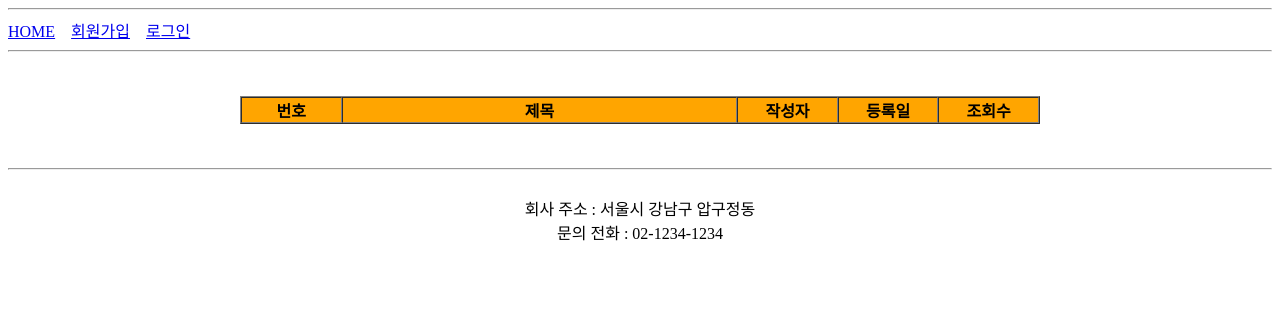
Repository: serim53/JSPStudy
Page: http://localhost/BoardWeb_JSP_/WEB-INF/board/getBoardList.jsp
These files come from the project's save history. The page is drawn as it stood at one moment and after the next save; the edit follows.
The browser window is 1280 px wide. The pictures show the whole page.
The page is served by Tomcat 10. Nobody is signed in. Other server files are loaded and not shown. The template is opened directly, without the code that normally fills it, so the values that code supplies are empty.

Above is the page before, as saved 2025-07-10 04:57:33.

### BoardWeb(JSP)/src/main/webapp/WEB-INF/board/getBoardList.jsp
<%@page import="java.util.List"%>
<%@page import="com.multicampus.biz.board.BoardDAO"%>
<%@page import="com.multicampus.biz.board.BoardVO"%>
<%@page contentType="text/html; charset=UTF-8"%>

<%@include file="../layout/header.jsp" %>

<%
	// 1. DB 연동 처리
	BoardVO vo = new BoardVO();
	vo.setCondition("title");
	vo.setKeyword("");

	BoardDAO dao = new BoardDAO();
	List<BoardVO> boardList = dao.getBoardList(vo);

	// 2. 응답 화면 구성
%>
<center>
<table border="1" cellpadding="0" cellspacing="0" width="800">
	<tr>
		<th bgcolor="orange" width="100">번호</th>
		<th bgcolor="orange" width="400">제목</th>
		<th bgcolor="orange" width="100">작성자</th>
		<th bgcolor="orange" width="100">등록일</th>
		<th bgcolor="orange" width="100">조회수</th>
	</tr>
<%
	for(BoardVO board : boardList) {
%>
	<tr>
		<td><%= board.getSeq() %></td>
		<td><%= board.getTitle() %></td>
		<td><%= board.getWriter() %></td>
		<td><%= board.getRegDate() %></td>
		<td><%= board.getCnt() %></td>
	</tr>
<%
	}
%>
</table>
</center>
</body>
</html>
<%@include file="../layout/footer.jsp" %>

### BoardWeb(JSP)/src/main/webapp/WEB-INF/layout/header.jsp
<%@page contentType="text/html; charset=UTF-8"%>
<%@page errorPage="errors/boardError.jsp"%>
<!DOCTYPE html PUBLIC "-//W3C//DTD HTML 4.01 Transitional//EN" "http://www.w3.org/TR/html4/loose.dtd">
<html>
<head>
<meta http-equiv="Content-Type" content="text/html; charset=UTF-8">
<title>게시판 프로그램</title>
</head>

<body>
<hr>
<a href="index.jsp">HOME</a>&nbsp;&nbsp;&nbsp;
<a href="insertUser.jsp">회원가입</a>&nbsp;&nbsp;&nbsp;
<a href="login.jsp">로그인</a>&nbsp;&nbsp;&nbsp;
<hr>

<br><br>

### BoardWeb(JSP)/src/main/webapp/WEB-INF/layout/footer.jsp
<%@page contentType="text/html; charset=UTF-8"%>

<br><br>
<hr>
<br>
<center>
회사 주소 : 서울시 강남구 압구정동<br>
문의 전화 : 02-1234-1234
</center>

</body>
</html>

### BoardWeb(JSP)/src/main/java/com/multicampus/biz/board/BoardVO.java
package com.multicampus.biz.board;

import java.util.Date;

import lombok.Data;

// VO 클래스
@Data
public class BoardVO {
	private int seq;
	private String title;
	private String writer;
	private String content;
	private Date regDate;
	private int cnt;

	// 검색 관련 변수
	private String condition;
	private String keyword;
}

### BoardWeb(JSP)/src/main/java/com/multicampus/biz/board/BoardDAO.java
package com.multicampus.biz.board;

import java.sql.Connection;
import java.sql.PreparedStatement;
import java.sql.ResultSet;
import java.sql.SQLException;
import java.util.ArrayList;
import java.util.List;

import com.multicampus.biz.common.JDBCUtil;

// DAO(Data Access Object) : 데이터베이스 관련 작업을 실질적으로 처리하는 클래스
public class BoardDAO {
	// JDBC 관련 변수
	Connection conn = null;
	PreparedStatement stmt = null;
	ResultSet rs = null;

	// BOARD 테이블 관련 SQL
	private String board_insert = "insert into board(seq, title, writer, content) values((select nvl(max(seq), 0) + 1 from board), ?, ?, ?)";
	private String board_update = "update board set title = ?, content = ? where seq = ?";
	private String board_delete = "delete board where seq = ?";
	private String board_list_t = "select * from board where title   like '%'||?||'%' order by seq desc";
	private String board_list_c = "select * from board where content like '%'||?||'%' order by seq desc";
	private String board_get    = "select * from board where seq = ?";

	// BOARD 테이블 관련 CRUD 기능의 메소드 구현
	// 글 등록
	public void insertBoard(BoardVO vo) {
		try {
			conn = JDBCUtil.getConnection();
			stmt = conn.prepareStatement(board_insert);
			stmt.setString(1, vo.getTitle());
			stmt.setString(2, vo.getWriter());
			stmt.setString(3, vo.getContent());
			stmt.executeUpdate();
		} catch (SQLException e) {
			e.printStackTrace();
		} finally {
			JDBCUtil.close(stmt, conn);
		}
	}

	// 글 수정
	public void updateBoard(BoardVO vo) {
		try {
			conn = JDBCUtil.getConnection();
			stmt = conn.prepareStatement(board_update);
			stmt.setString(1, vo.getTitle());
			stmt.setString(2, vo.getContent());
			stmt.setInt(3, vo.getSeq());
			stmt.executeUpdate();
		} catch (SQLException e) {
			e.printStackTrace();
		} finally {
			JDBCUtil.close(stmt, conn);
		}
	}

	// 글 삭제
	public void deleteBoard(BoardVO vo) {
		try {
			conn = JDBCUtil.getConnection();
			stmt = conn.prepareStatement(board_delete);
			stmt.setInt(1, vo.getSeq());
			stmt.executeUpdate();
		} catch (SQLException e) {
			e.printStackTrace();
		} finally {
			JDBCUtil.close(stmt, conn);
		}
	}

	// 글 상세 조회
	public BoardVO getBoard(BoardVO vo) {
		BoardVO board = null;
		try {
			conn = JDBCUtil.getConnection();
			stmt = conn.prepareStatement(board_get);
			stmt.setInt(1, vo.getSeq());
			rs = stmt.executeQuery();
			if(rs.next()) {
				board = new BoardVO();
				board.setSeq(rs.getInt("SEQ"));
				board.setTitle(rs.getString("TITLE"));
				board.setWriter(rs.getString("WRITER"));
				board.setContent(rs.getString("CONTENT"));
				board.setRegDate(rs.getDate("REGDATE"));
				board.setCnt(rs.getInt("CNT"));
			}
		} catch (SQLException e) {
			e.printStackTrace();
		} finally {
			JDBCUtil.close(rs, stmt, conn);
		}
		return board;
	}

	// 글 목록 검색
	public List<BoardVO> getBoardList(BoardVO vo) {
		List<BoardVO> boardList = new ArrayList<BoardVO>();
		try {
			conn = JDBCUtil.getConnection();

			if(vo.getCondition().equals("title")) {
				stmt = conn.prepareStatement(board_list_t);
			} else if(vo.getCondition().equals("content")) {
				stmt = conn.prepareStatement(board_list_c);
			}
			stmt.setString(1, vo.getKeyword());

			rs = stmt.executeQuery();
			while(rs.next()) {
				BoardVO board = new BoardVO();
				board.setSeq(rs.getInt("SEQ"));
				board.setTitle(rs.getString("TITLE"));
				board.setWriter(rs.getString("WRITER"));
				board.setContent(rs.getString("CONTENT"));
				board.setRegDate(rs.getDate("REGDATE"));
				board.setCnt(rs.getInt("CNT"));
				boardList.add(board);
			}
		} catch (SQLException e) {
			e.printStackTrace();
		} finally {
			JDBCUtil.close(rs, stmt, conn);
		}
		return boardList;
	}
}

### BoardWeb(JSP)/src/main/java/com/multicampus/biz/common/JDBCUtil.java
package com.multicampus.biz.common;

import java.sql.Connection;
import java.sql.DriverManager;
import java.sql.PreparedStatement;
import java.sql.ResultSet;
import java.sql.SQLException;

public class JDBCUtil {

	public static Connection getConnection() {
		try {
			// 1단계 : 드라이버 객체 생성 및 등록
			DriverManager.registerDriver(new org.h2.Driver());

			// 2단계 : 커넥션 연결
			return DriverManager.getConnection("jdbc:h2:tcp://localhost/~/test", "sa", "");
		} catch (Exception e) {
			e.printStackTrace();
		}
		return null;
	}

	public static void close(PreparedStatement stmt, Connection conn) {
		// 5단계 : 연결 해제
		try {
			if(stmt != null)
				stmt.close();
		} catch (SQLException e) {
			e.printStackTrace();
		} finally {
			stmt = null;
		}

		try {
			if(conn != null && !conn.isClosed())
				conn.close();
		} catch (SQLException e) {
			e.printStackTrace();
		} finally {
			conn = null;
		}
	}

	public static void close(ResultSet rs, PreparedStatement stmt, Connection conn) {
		// 5단계 : 연결 해제
		try {
			if(rs != null)
				rs.close();
		} catch (SQLException e) {
			e.printStackTrace();
		} finally {
			rs = null;
		}

		try {
			if(stmt != null)
				stmt.close();
		} catch (SQLException e) {
			e.printStackTrace();
		} finally {
			stmt = null;
		}

		try {
			if(conn != null && !conn.isClosed())
				conn.close();
		} catch (SQLException e) {
			e.printStackTrace();
		} finally {
			conn = null;
		}
	}
}

After the next save:
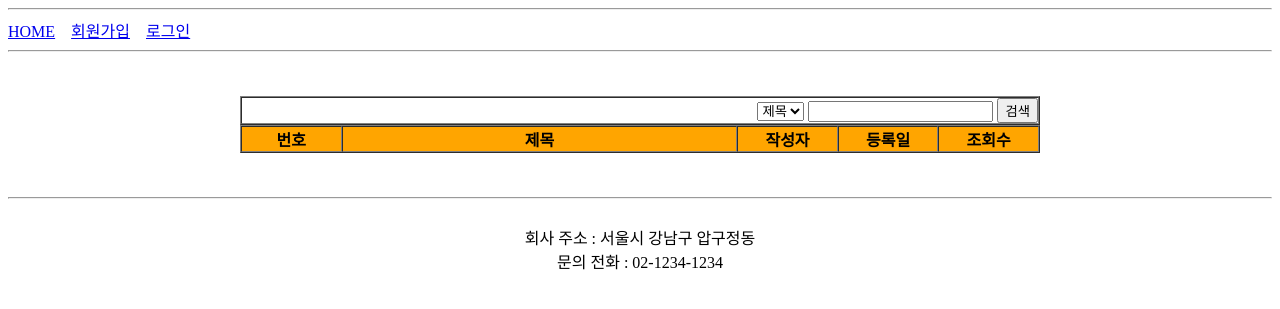
Saved 9 min 21 s later.
--- a/BoardWeb(JSP)/src/main/webapp/WEB-INF/board/getBoardList.jsp
+++ b/BoardWeb(JSP)/src/main/webapp/WEB-INF/board/getBoardList.jsp
@@ -17,6 +17,21 @@
 	// 2. 응답 화면 구성
 %>
 <center>
+<!-- 검색 시작 -->
+<form action="getBoardList.jsp" method="get">
+<table border="1" cellpadding="0" cellspacing="0" width="800">
+	<tr>
+		<td align="right">
+			<select name="condition">
+				<option value="title">제목
+				<option value="content">내용
+			</select>
+			<input name="keyword" type="text"/>
+			<input type="submit" value="검색"/>
+		</td>
+	</tr>
+</table>
+</form>
 <table border="1" cellpadding="0" cellspacing="0" width="800">
 	<tr>
 		<th bgcolor="orange" width="100">번호</th>
